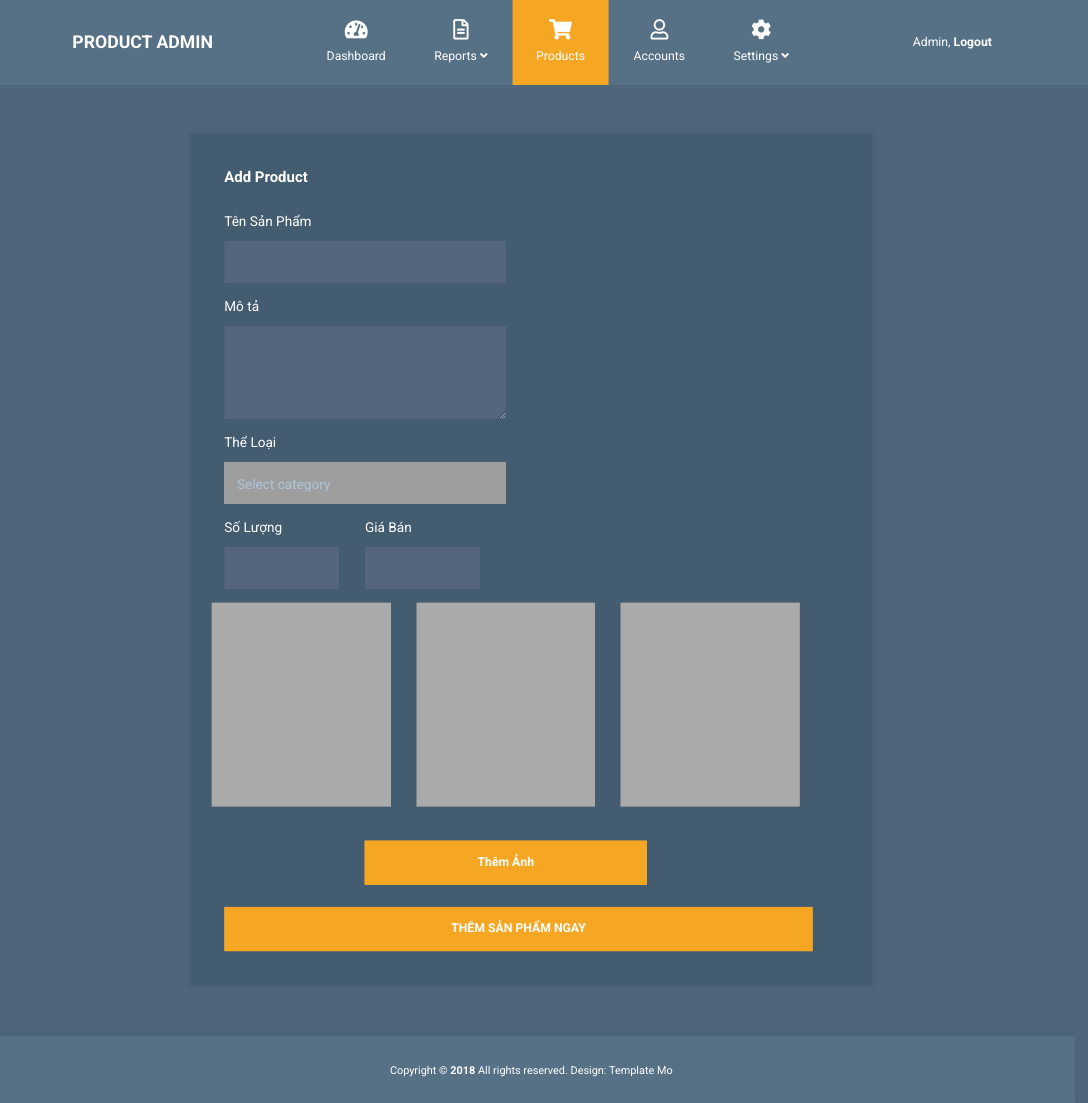
Repository: TruongNguyen0512/Bookhabor-ecommere-web
Page: http://localhost/bookHabor/add-product.jsp
An editor plug-in stored every save of this project. The page is shown before and after the next save, followed by the edit.
The browser window is 1280 px wide. The pictures show the whole page, at 85% of full size.
Pictures or frames that could not be fetched are drawn as grey boxes. The page is served by Tomcat 9. Nobody is signed in. The application's start-up code is not run. Other server files are loaded and not shown.

Above is the page before, as saved 2023-12-08 18:43:33.

### bookHabor/src/main/webapp/add-product.jsp
<%@ page language="java" contentType="text/html; charset=UTF-8"
	pageEncoding="UTF-8"%>
<!DOCTYPE html>
<html lang="en">
<head>
<meta charset="UTF-8" />
<meta name="viewport" content="width=device-width, initial-scale=1.0" />
<meta http-equiv="X-UA-Compatible" content="ie=edge" />
<title>Add Product - Dashboard HTML Template</title>
<link rel="stylesheet"
	href="https://fonts.googleapis.com/css?family=Roboto:400,700" />
<!-- https://fonts.google.com/specimen/Roboto -->
<link rel="stylesheet" href="css/fontawesome.min.css" />
<!-- https://fontawesome.com/ -->
<link rel="stylesheet" href="jquery-ui-datepicker/jquery-ui.min.css"
	type="text/css" />
<!-- http://api.jqueryui.com/datepicker/ -->
<link rel="stylesheet" href="css/bootstrap.min.css" />
<!-- https://getbootstrap.com/ -->
<link rel="stylesheet" href="css/templatemo-style.css">

<!--
	Product Admin CSS Template
	https://templatemo.com/tm-524-product-admin
	-->
	<style>

	   .row {
    width: 100%;
    display: -ms-flexbox;
    display: flex;
    -ms-flex-wrap: wrap;
    flex-wrap: wrap;
    margin-right: -15px;
    margin-left: -15px;
}
	</style>
</head>

<body>
	<nav class="navbar navbar-expand-xl">
		<div class="container h-100">
			<a class="navbar-brand" href="index.html">
				<h1 class="tm-site-title mb-0">Product Admin</h1>
			</a>
			<button class="navbar-toggler ml-auto mr-0" type="button"
				data-toggle="collapse" data-target="#navbarSupportedContent"
				aria-controls="navbarSupportedContent" aria-expanded="false"
				aria-label="Toggle navigation">
				<i class="fas fa-bars tm-nav-icon"></i>
			</button>

			<div class="collapse navbar-collapse" id="navbarSupportedContent">
				<ul class="navbar-nav mx-auto h-100">
					<li class="nav-item"><a class="nav-link" href="index.html">
							<i class="fas fa-tachometer-alt"></i> Dashboard <span
							class="sr-only">(current)</span>
					</a></li>
					<li class="nav-item dropdown"><a
						class="nav-link dropdown-toggle" href="#" id="navbarDropdown"
						role="button" data-toggle="dropdown" aria-haspopup="true"
						aria-expanded="false"> <i class="far fa-file-alt"></i> <span>
								Reports <i class="fas fa-angle-down"></i>
						</span>
					</a>
						<div class="dropdown-menu" aria-labelledby="navbarDropdown">
							<a class="dropdown-item" href="#">Daily Report</a> <a
								class="dropdown-item" href="#">Weekly Report</a> <a
								class="dropdown-item" href="#">Yearly Report</a>
						</div></li>
					<li class="nav-item"><a class="nav-link active"
						href="products.html"> <i class="fas fa-shopping-cart"></i>
							Products
					</a></li>

					<li class="nav-item"><a class="nav-link" href="accounts.html">
							<i class="far fa-user"></i> Accounts
					</a></li>
					<li class="nav-item dropdown"><a
						class="nav-link dropdown-toggle" href="#" id="navbarDropdown"
						role="button" data-toggle="dropdown" aria-haspopup="true"
						aria-expanded="false"> <i class="fas fa-cog"></i> <span>
								Settings <i class="fas fa-angle-down"></i>
						</span>
					</a>
						<div class="dropdown-menu" aria-labelledby="navbarDropdown">
							<a class="dropdown-item" href="#">Profile</a> <a
								class="dropdown-item" href="#">Billing</a> <a
								class="dropdown-item" href="#">Customize</a>
						</div></li>
				</ul>
				<ul class="navbar-nav">
					<li class="nav-item"><a class="nav-link d-block"
						href="login.html"> Admin, <b>Logout</b>
					</a></li>
				</ul>
			</div>
		</div>
	</nav>
	<div class="container tm-mt-big tm-mb-big">
		<div class="row">
			<div class="col-xl-9 col-lg-10 col-md-12 col-sm-12 mx-auto">
				<div class="tm-bg-primary-dark tm-block tm-block-h-auto">
					<div class="row">
						<div class="col-12">
							<h2 class="tm-block-title d-inline-block">Add Product</h2>
						</div>
					</div>
					<div class="row tm-edit-product-row">
						<div class="col-xl-6 col-lg-6 col-md-12">
							<form action="" class="tm-edit-product-form" method="POST">
								<div class="form-group mb-3">
									<label for="name">Tên Sản Phẩm </label> <input id="tenSanPham"
										name="tenSanPham" type="text" class="form-control validate"
										required />
								</div>
								<div class="form-group mb-3">
									<label for="description">Mô tả</label>
									<textarea class="form-control validate" rows="3" name="moTa"
										required></textarea>
								</div>
								<div class="form-group mb-3">
									<label for="category">Thể Loại</label> <select
										class="custom-select tm-select-accounts" id="category"
										name="category">
										<option selected>Select category</option>
										<option value="khoaHoc">Khoa Học</option>
										<option value="vanHoc">Văn Học</option>
										<option value="doiSong">Đời Sống</option>
									</select>
								</div>
								<div class="row">
									<div class="form-group mb-3 col-xs-12 col-sm-6">
										<label for="expire_date">Số Lượng</label> <input id=""
											name="soLuong" type="text" class="form-control validate"
											data-large-mode="true" />
									</div>
									<div class="form-group mb-3 col-xs-12 col-sm-6">
										<label for="stock">Giá Bán</label> <input id="stock"
											name="giaBan" type="text" class="form-control validate"
											required />
									</div>
								</div>
						</div>
						<div class="row">
							<div class="col-xl-4 col-lg-4 col-md-4 mx-auto mb-4">
								<div class="tm-product-img-dummy mx-auto">
									<img id="uploadedImage1" src="" alt="Uploaded Image 1"
										style="display: none; max-width: 100%; height: auto;">
								</div>
								<input id="fileInput1" name="fileInput1" type="file"
									style="display: none;" onchange="previewImage(event, 1)">
							</div>
							<div class="col-xl-4 col-lg-4 col-md-4 mx-auto mb-4">
								<div class="tm-product-img-dummy mx-auto">
									<img id="uploadedImage2" src="" alt="Uploaded Image 2"
										style="display: none; max-width: 100%; height: auto;">
								</div>
								<input id="fileInput2" name="fileInput2" type="file"
									style="display: none;" onchange="previewImage(event, 2)">
							</div>
							<div class="col-xl-4 col-lg-4 col-md-4 mx-auto mb-4">
								<div class="tm-product-img-dummy mx-auto">
									<img id="uploadedImage3" src="" alt="Uploaded Image 3"
										style="display: none; max-width: 100%; height: auto;">
								</div>
								<input id="fileInput3" name="fileInput3" type="file"
									style="display: none;" onchange="previewImage(event, 3)">
							</div>
						</div>
						<div class="row">
							<div class="col-xl-6 col-lg-6 col-md-12 mx-auto mb-4">
								<div class="custom-file mt-3 mb-3">
									<input type="button" class="btn btn-primary btn-block mx-auto"
										value="Thêm Ảnh" onclick="openFileInput()">
								</div>
							</div>
						</div>
						<div class="col-12">
							<button type="submit"
								class="btn btn-primary btn-block text-uppercase"
								value="themSanPham">Thêm Sản Phẩm Ngay</button>
						</div>
						</form>
					</div>
				</div>
			</div>
		</div>
	</div>
	<footer class="tm-footer row tm-mt-small">
		<div class="col-12 font-weight-light">
			<p class="text-center text-white mb-0 px-4 small">
				Copyright &copy; <b>2018</b> All rights reserved. Design: <a
					rel="nofollow noopener" href="https://templatemo.com"
					class="tm-footer-link">Template Mo</a>
			</p>
		</div>
	</footer>

	<script src="js/jquery-3.3.1.min.js"></script>
	<!-- https://jquery.com/download/ -->
	<script src="jquery-ui-datepicker/jquery-ui.min.js"></script>
	<!-- https://jqueryui.com/download/ -->
	<script src="js/bootstrap.min.js"></script>
	<!-- https://getbootstrap.com/ -->
	<script>
		$(function() {
			$("#expire_date").datepicker();
		});
	</script>

	<script>
		let currentImageNumber = 1;

		function openFileInput() {
			if (currentImageNumber <= 3) {
				document.getElementById('fileInput' + currentImageNumber)
						.click();
				currentImageNumber++;
			}
		}

		function previewImage(event, imageNumber) {
			const input = event.target;
			if (input.files && input.files[0]) {
				const reader = new FileReader();

				reader.onload = function(e) {
					const imageId = 'uploadedImage' + imageNumber;
					const image = document.getElementById(imageId);
					image.src = e.target.result;
					image.style.display = 'block';
				};

				reader.readAsDataURL(input.files[0]);
			}
		}
	</script>
</body>
</html>

### bookHabor/src/main/webapp/css/templatemo-style.css
@charset "ISO-8859-1";
/*

Product Admin CSS Template

https://templatemo.com/tm-524-product-admin

*/

html {
  font-size: 16px;
  overflow-x: hidden;
}
body {
  font-family: Roboto, Helvetica, Arial, sans-serif;
  background-color: #4e657a;
  overflow-x: hidden;
}
a {
  transition: all 0.3s ease;
}
a:focus,
a:hover {
  text-decoration: none;
}
button:focus {
  outline: 0;
}
.navbar-brand {
  display: flex;
  align-items: center;
}
.tm-site-icon {
  color: #656565;
}
.tm-site-title {
  display: inline-block;
  text-transform: uppercase;
  font-size: 1.3rem;
  font-weight: 700;
  color: #fff;
}
.navbar {
  height: 100px;
  background-color: #567086;
  padding: 0;
}
.navbar .container {
  position: relative;
}
.tm-logout-icon {
  font-size: 1.5em;
}
.tm-mt-big {
  margin-top: 57px;
}
.tm-mb-big {
  margin-bottom: 60px;
}
.tm-mt-small {
  margin-top: 20px;
}
.tm-block-col {
  margin-bottom: 30px;
}
.tm-block {
  padding: 40px;
  -webkit-box-shadow: 1px 1px 5px 0 #455c71;
  -moz-box-shadow: 1px 1px 5px 0 #455c71;
  box-shadow: 1px 1px 5px 0 #455c71;
  min-height: 350px;
  height: 100%;
  max-height: 450px;
}
.tm-block-avatar,
.tm-block-settings {
  max-height: none;
}
.tm-block-avatar {
  height: auto;
}
.tm-block-h-auto {
  min-height: 1px;
  max-height: none;
  height: auto;
}
.tm-block-scroll {
  overflow-y: scroll;
}
.tm-block-overflow {
  overflow: hidden;
}
.tm-block-title {
  font-size: 1.1rem;
  font-weight: 700;
  color: #fff;
  margin-bottom: 30px;
}
.nav-link {
  color: #fff;
  height: 100%;
  display: flex;
  align-items: center;
  justify-content: center;
  flex-direction: column;
  font-size: 90%;
}
.nav-link > i {
  margin-bottom: 10px;
  margin-right: 0;
  font-size: 1.5rem;
}
.dropdown-item,
.nav-link {
  padding: 15px 20px;
}
.dropdown-menu {
  font-size: 90%;
  color: #fff;
  background-color: #567086;
  border-radius: 0;
  padding-top: 10px;
  padding-bottom: 10px;
  min-width: auto;
}
.dropdown-item {
  color: #fff;
  padding: 15px 30px;
}
.navbar-nav .active > .nav-link,
.navbar-nav .nav-link.active {
  background-color: #f5a623;
  color: #fff;
}
.navbar-nav .nav-link.active i {
  color: #fff;
}
.dropdown-item:focus,
.dropdown-item:hover {
  background-color: #567086;
}
.navbar-nav a:hover,
.navbar-nav a:hover i {
  color: #f5a623;
}
.nav-item {
  text-align: center;
}
.nav-item:last-child {
  margin-right: 0;
}
.dropdown-toggle::after {
  display: none;
}
.dropdown-menu {
  margin-top: 0;
  border: 0;
}
.tm-content-row {
  justify-content: space-between;
  margin-left: -20px;
  margin-right: -20px;
}
.tm-col {
  padding-left: 20px;
  padding-right: 20px;
  margin-bottom: 50px;
}
.tm-col-big {
  width: 39%;
}
.tm-col-small {
  width: 21.95%;
}
.tm-gray-circle {
  width: 80px;
  height: 80px;
  background-color: #aaa;
  border-radius: 50%;
  margin-right: 15px;
}
.tm-notification-items {
  overflow-y: scroll;
  height: 90%;
}
.tm-notification-item {
  padding: 15px;
  background-color: #4e657a;
  color: #fff;
  font-size: 95%;
  margin-bottom: 15px;
}
.tm-notification-item:last-child {
  margin-bottom: 0;
}
.tm-notification-link {
  color: #f5a623;
}
.tm-text-color-secondary {
  color: #bdcbd8;
}
.tm-small {
  font-size: 90%;
}
.table {
  background-color: #50697f;
  color: #fff;
  font-size: 85%;
  margin-bottom: 0;
}
thead {
  background-color: #486177;
  color: #fff;
}
.table thead th {
  border-bottom: 0;
}
.tm-status-circle {
  display: inline-block;
  margin-right: 5px;
  vertical-align: middle;
  width: 5px;
  height: 5px;
  border-radius: 50%;
  margin-top: -3px;
}
.moving {
  background-color: #9be64d;
  box-shadow: 0 0 8px #9be64d, inset 0 0 8px #9be64d;
}
.pending {
  background-color: #efc54b;
  box-shadow: 0 0 8px #efc54b, inset 0 0 8px #efc54b;
}
.cancelled {
  background-color: #da534f;
  box-shadow: 0 0 8px #da534f, inset 0 0 8px #da534f;
}
.tm-avatar {
  width: 345px;
}
.tm-avatar-container {
  position: relative;
  cursor: pointer;
  display: flex;
  align-items: center;
  flex-direction: column;
}
.tm-avatar-delete-link {
  position: absolute;
  left: 50%;
  top: 50%;
  margin-left: -25px;
  margin-top: -25px;
  z-index: 1000;
  padding: 14px;
  border-radius: 50%;
  background-color: rgba(57, 78, 100, 0.7);
  display: inline-block;
  width: 50px;
  height: 50px;
  text-align: center;
  display: none;
  transition: all 0.2s ease;
}
.tm-avatar-container:hover .tm-avatar-delete-link {
  display: block;
}
.tm-col-avatar {
  max-width: 425px;
  width: 37%;
  padding-left: 15px;
  padding-right: 15px;
}
.tm-col-account-settings {
  max-width: 822px;
  width: 63%;
  padding-left: 15px;
  padding-right: 15px;
}
.form-control {
  background-color: #54657d;
  color: #fff;
  border: 0;
}
.form-control:focus {
  background-color: #60738e;
  color: #fff;
  border-color: transparent;
  box-shadow: 0 0 0 0.1rem rgb(180, 206, 233, 0.5);
}
.form-group label {
  color: #fff;
  margin-bottom: 10px;
}
.tm-hide-sm {
  display: block;
}
.tm-list-group {
  counter-reset: myOrderedListItemsCounter;
  padding-left: 0;
}
.tm-list-group > li {
  list-style-type: none;
  position: relative;
  cursor: pointer;
  transition: all 0.3s ease;
  padding: 8px;
}
.tm-list-group > li:hover {
  color: #0266c4;
}
.tm-list-group > li:before {
  counter-increment: myOrderedListItemsCounter;
  content: counter(myOrderedListItemsCounter) ".";
  margin-right: 0.5em;
}
.tm-list {
  padding-left: 30px;
}
.tm-list > li {
  margin-bottom: 20px;
}
.form-control {
  padding: 19px 18px;
  border-radius: 0;
  height: 50px;
}
.form-group {
  margin-bottom: 15px;
}
.btn {
  border-radius: 0;
  padding: 13px 28px;
  transition: all 0.2s ease;
  max-width: 100%;
}
.btn-small {
  padding: 10px 24px;
}
.btn-primary {
  color: #fff;
  background-color: #f5a623;
  border: 2px solid #f5a623;
  font-size: 90%;
  font-weight: 600;
}
.btn-primary:active,
.btn-primary:hover {
  color: #f5a623;
  background-color: transparent;
  border: 2px solid #f5a623;
}
.custom-file-input {
  cursor: pointer;
}
.custom-file-label {
  border-radius: 0;
}
.table td,
.table th {
  border-top: 1px solid #415a70;
  padding: 15px 25px;
  vertical-align: middle;
}
.tm-table-small td,
.tm-table-small th {
  padding-left: 12px;
  padding-right: 12px;
}
.table-hover tbody tr {
  transition: all 0.2s ease;
}
.table-hover tbody tr:hover {
  color: #a0c0de;
}
.tm-bg-primary-dark {
  background-color: #435c70;
}
.tm-bg-gray {
  background-color: rgba(0, 0, 0, 0.05);
}
.tm-table-mt {
  margin-top: 66px;
}
.page-item:first-child .page-link {
  border-top-left-radius: 0;
  border-bottom-left-radius: 0;
}
.page-item:last-child .page-link {
  border-top-right-radius: 0;
  border-bottom-right-radius: 0;
}
.page-link {
  padding: 12px 18px;
}
.page-link,
.page-link:hover {
  color: #000;
}
.page-item {
  margin-right: 18px;
}
.page-item:last-child {
  margin-right: 0;
}
.page-item.active .page-link {
  background-color: #e9ecef;
  border-color: #dee2e6;
  color: #000;
}
input[type="checkbox"] {
  cursor: pointer;
  -webkit-appearance: none;
  appearance: none;
  background-color: #394e64;
  background-position: center;
  border-radius: 50%;
  box-sizing: border-box;
  position: relative;
  box-sizing: content-box;
  width: 24px;
  height: 24px;
  transition: all 0.1s linear;
}
input[type="checkbox"]:checked {
  background: url(../img/check-mark.png) #394e64 center no-repeat;
}
input[type="checkbox"]:focus {
  outline: 0 none;
  box-shadow: none;
}
.tm-block-products {
  min-height: 725px;
}
.tm-block-product-categories {
  min-height: 650px;
}
.tm-product-table-container {
  max-height: 465px;
  margin-bottom: 15px;
  overflow-y: scroll;
}
.tm-product-table tr {
  font-weight: 600;
}
.tm-product-name {
  font-size: 0.95rem;
  font-weight: 600;
}
.tm-product-delete-icon {
  font-size: 1.1rem;
  color: #fff;
}
.tm-product-delete-link {
  padding: 10px;
  border-radius: 50%;
  background-color: #394e64;
  display: inline-block;
  width: 40px;
  height: 40px;
  text-align: center;
}
.tm-product-delete-link:hover .tm-product-delete-icon {
  color: #6d8ca6;
}
.custom-select {
  width: 100%;
  border: none;
  color: #acc6de;
  height: 50px;
  -webkit-appearance: none;
  -moz-appearance: none;
  -ms-appearance: none;
  -o-appearance: none;
  appearance: none;
  -webkit-border-radius: 0;
  -moz-border-radius: 0;
  -ms-border-radius: 0;
  -o-border-radius: 0;
  border-radius: 0;
  padding: 15px;
  background: url(../img/arrow-down.png) 98% no-repeat #50657b;
}
.custom-select:focus {
  outline: 0;
}
.tm-trash-icon {
  color: #6e6c6c;
  cursor: pointer;
}
.tm-trash-icon:hover {
  color: #9f1321;
}
.tm-footer {
  background-color: #567086;
  padding-top: 30px;
  padding-bottom: 30px;
  -webkit-box-shadow: 0 -3px 5px 0 rgba(69, 92, 113, 0.59);
  -moz-box-shadow: 0 -3px 5px 0 rgba(69, 92, 113, 0.59);
  box-shadow: 0 -3px 5px 0 rgba(69, 92, 113, 0.59);
}
.custom-select {
  height: 50px;
  border-radius: 0;
}
.tm-product-img-dummy {
  max-width: 100%;
  height: 240px;
  display: flex;
  align-items: center;
  justify-content: center;
  color: #fff;
  background: #aaa;
}
.tm-product-img-edit {
  max-width: 100%;
  position: relative;
}
.tm-product-img-edit i {
  display: none;
  position: absolute;
}
.tm-product-img-edit:hover i {
  display: block;
}
.tm-upload-icon {
  background: #455c71;
  width: 55px;
  height: 55px;
  border-radius: 50%;
  text-align: center;
  padding-top: 15px;
  font-size: 22px;
}
.tm-login-col {
  max-width: 470px;
}
.navbar-toggler {
  border-color: #708da8;
  box-shadow: rgba(255, 255, 255, 0.1) 0 1px 1px 2px;
  border-radius: 0;
  padding: 10px 15px;
  transition: all 0.2s ease;
}
.navbar-toggler:hover {
  border-color: #f5a623;
  color: #f5a623;
}
.tm-nav-icon {
  color: #fff;
}
.navbar-toggler:hover .tm-nav-icon {
  color: #f5a623;
}
::-webkit-scrollbar {
  width: 8px;
  height: 8px;
}
::-webkit-scrollbar-track {
  background: #394f62;
}
::-webkit-scrollbar-thumb {
  background: #6d8da6;
}
::-webkit-scrollbar-thumb:hover {
  background: #8ab5d6;
}

.tm-footer-link {
  color: white;
}

.tm-footer-link:hover,
.tm-footer-link:focus {
  color: #aacbea;
}

@media (min-width: 1200px) {
  .navbar-expand-xl .navbar-nav .nav-link {
    padding-left: 28px;
    padding-right: 28px;
  }
  .navbar-collapse {
    height: 100%;
  }
}
@media (min-width: 992px) {
  .navbar-expand-lg .navbar-nav .nav-link {
    padding: 15px 20px;
  }
}
@media (max-width: 1275px) and (min-width: 1200px) {
  .nav-item {
    margin-right: 15px;
  }
}
@media (max-width: 1350px) {
  .nav-item {
    margin-right: 1px;
  }
}
@media (max-width: 1199px) {
  .tm-col-big,
  .tm-col-small {
    width: 49.65%;
  }
  .navbar-collapse {
    padding: 0;
    box-shadow: rgba(255, 255, 255, 0.1) 0 1px 1px 1px;
    position: absolute;
    top: 72px;
    right: 20px;
    width: 200px;
    z-index: 1000;
  }
  .dropdown-menu {
    text-align: center;
  }
  .nav-link {
    color: #fff;
    background-color: #567086;
    padding: 15px;
    flex-direction: row;
  }
  .nav-link > i {
    font-size: 1rem;
    margin-right: 10px;
    margin-bottom: 0;
  }
  .nav-item {
    margin-right: 0;
  }
  .tm-block-taller {
    max-height: 520px;
  }
}
@media (max-width: 1199.98px) {
  .navbar-expand-xl > .container,
  .navbar-expand-xl > .container-fluid {
    padding-left: 15px;
    padding-right: 15px;
  }
  .navbar-collapse {
    right: 15px;
  }
}
@media (max-width: 991px) {
  .tm-col-big,
  .tm-col-small {
    width: 100%;
    min-height: 383px;
    height: auto;
  }
  .tm-block {
    padding: 30px;
  }
}
@media (max-width: 767px) {
  .tm-col-account-settings,
  .tm-col-avatar {
    width: 100%;
    max-width: 100%;
  }
  .tm-block-avatar {
    display: flex;
    flex-direction: column;
  }
  .tm-avatar {
    align-self: center;
  }
  .tm-hide-sm {
    display: none;
  }
}
@media (max-width: 633px) {
  .page-item {
    margin-top: 10px;
  }
  .custom-select {
    background-position: 96%;
  }
}
@media (max-width: 574px) {
  .navbar-collapse {
    top: 47px;
  }
  .navbar {
    height: 50px;
  }
  .tm-site-title {
    font-size: 1.4rem;
    margin-left: 7px;
  }
  .tm-site-icon {
    font-size: 2em;
  }
}
@media (max-width: 480px) {
  .tm-mt-big {
    margin-top: 45px;
  }
  .tm-mb-big {
    margin-bottom: 45px;
  }
  #barChart,
  #lineChart {
    max-height: 350px;
  }
}

Loaded but not shown: bookHabor/src/main/webapp/css/fontawesome.min.css (library); bookHabor/src/main/webapp/jquery-ui-datepicker/jquery-ui.min.css (library); bookHabor/src/main/webapp/css/bootstrap.min.css (library); bookHabor/src/main/webapp/js/jquery-3.3.1.min.js (library); bookHabor/src/main/webapp/jquery-ui-datepicker/jquery-ui.min.js (library); bookHabor/src/main/webapp/js/bootstrap.min.js (library)

After the next save:
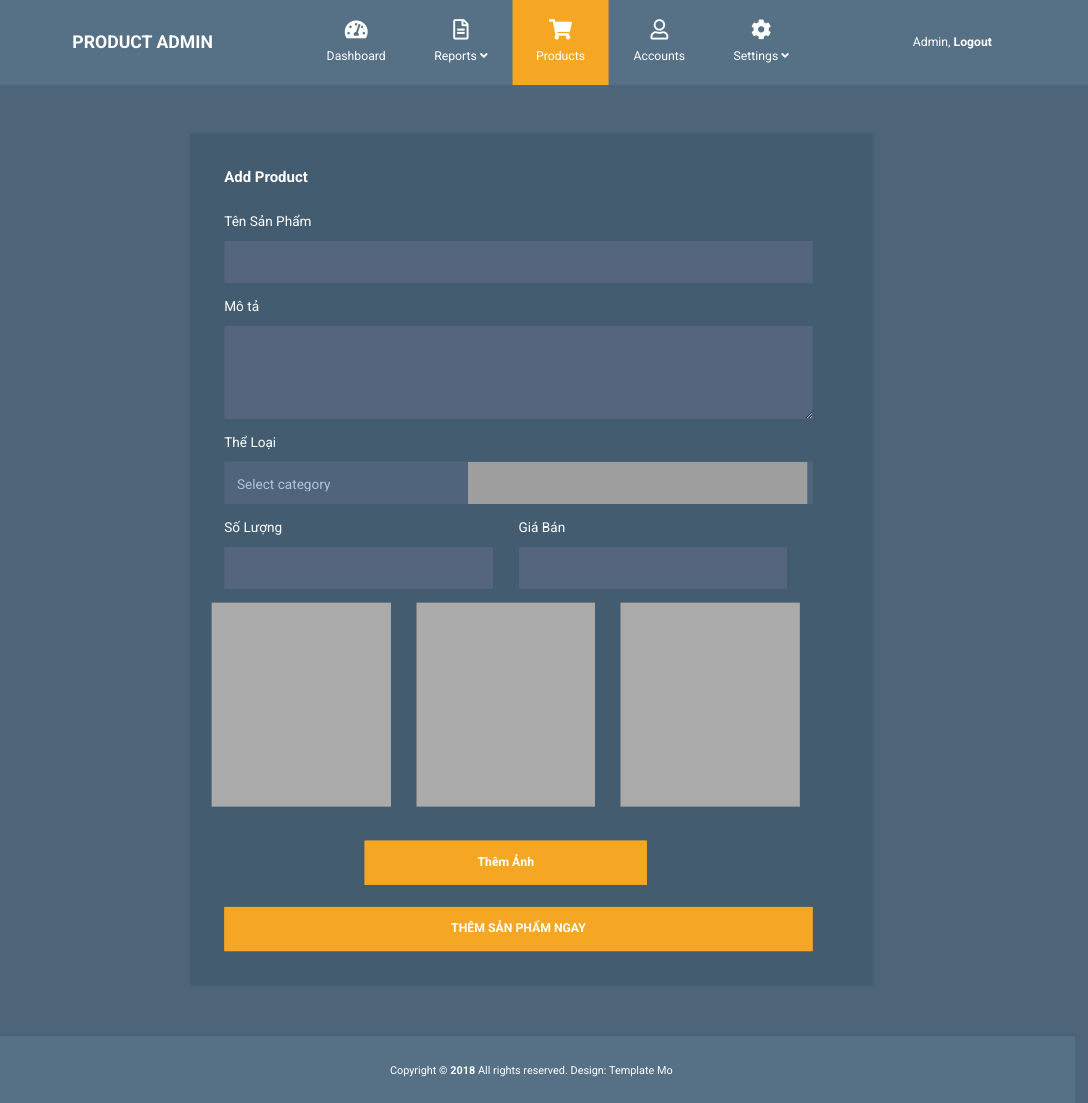
Saved 4 min 50 s later.
--- a/bookHabor/src/main/webapp/add-product.jsp
+++ b/bookHabor/src/main/webapp/add-product.jsp
@@ -107,7 +107,7 @@
 						</div>
 					</div>
 					<div class="row tm-edit-product-row">
-						<div class="col-xl-6 col-lg-6 col-md-12">
+						<div class="col-md-12">
 							<form action="" class="tm-edit-product-form" method="POST">
 								<div class="form-group mb-3">
 									<label for="name">Tên Sản Phẩm </label> <input id="tenSanPham"
